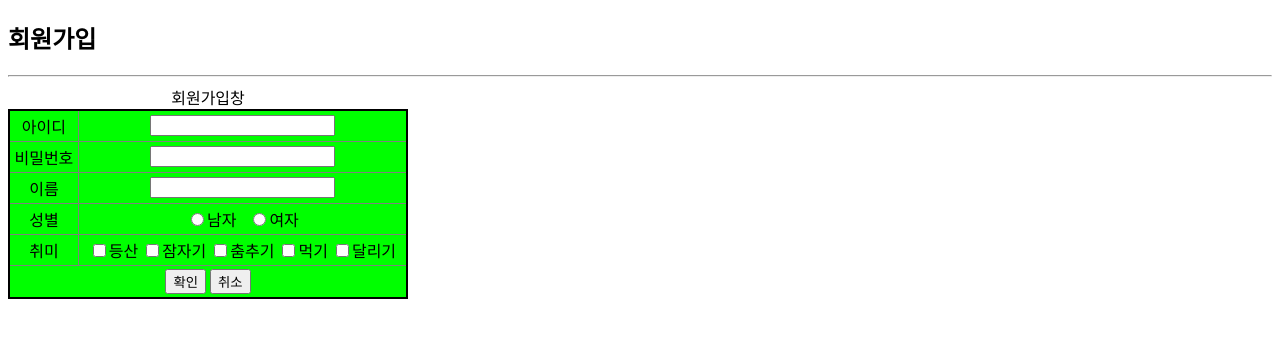
Repository: nijooymik/smartfactory
Page: http://localhost/t0720/customer.jsp
These files come from the project's save history. The page is drawn as it stood at one moment and after the next save; the edit follows.
The browser window is 1280 px wide. The pictures show the whole page.
The page is served by Tomcat 9.

Above is the page before, as saved 2022-07-20 05:14:50.

### jsp/t0720/src/main/webapp/customer.jsp
<%@ page language="java" contentType="text/html; charset=EUC-KR"
	pageEncoding="EUC-KR"%>
<!DOCTYPE html>
<html>
<head>
<meta charset="EUC-KR">
<style>
	table {width:400px;border:2px solid black;border-collapse:collapse;}
	td {background-color:lime;text-align:center;border:1px solid gray;padding:3px;}
</style>
<title>Insert title here</title>
</head>
<body>
	<h2>회원가입</h2>
	<hr>
	<form action="" method="post">
		<table border=1>
			<caption>회원가입창</caption>
			<tr>
				<td>아이디</td>
				<td><input type="text" name="id"></td>
			</tr>
			<tr>
				<td>비밀번호</td>
				<td><input type="text" name="pw"></td>
			</tr>
			<tr>
				<td>이름</td>
				<td><input type="text" name="name"></td>
			</tr>
			<tr>
				<td>성별</td>
				<td><input type="radio" name="gender" value="M">남자
					&nbsp;&nbsp;<input type="radio" name="gender" value="F">여자</td>
			</tr>
			<tr>
				<td>취미</td>
				<td><input type="checkbox" name="hobby" value="등산">등산 <input
					type="checkbox" name="hobby" value="잠자기">잠자기 <input
					type="checkbox" name="hobby" value="춤추기">춤추기 <input
					type="checkbox" name="hobby" value="먹기">먹기 <input
					type="checkbox" name="hobby" value="달리기">달리기</td>
			</tr>
			<tr>
				<td colspan=2><input type="submit" value="확인"> <input
					type="reset" value="취소"></td>
			</tr>
		</table>
	</form>
</body>
</html>

After the next save:
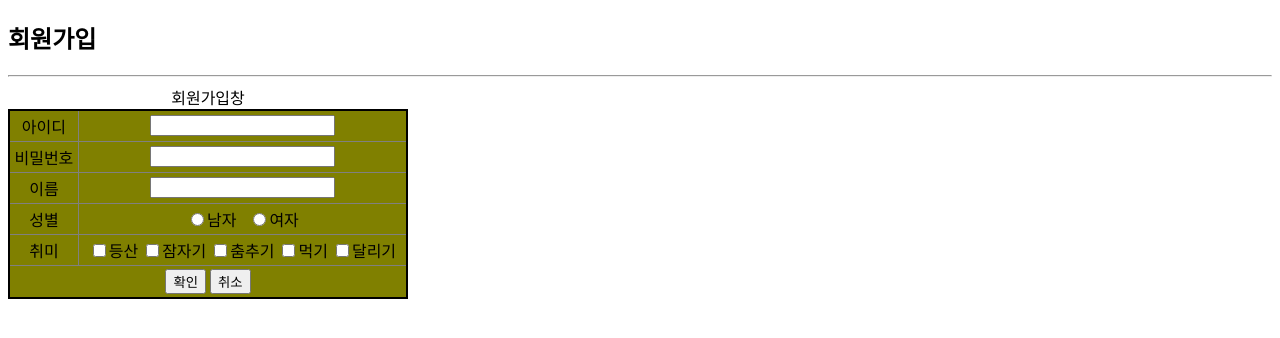
Saved 10 s later.
--- a/jsp/t0720/src/main/webapp/customer.jsp
+++ b/jsp/t0720/src/main/webapp/customer.jsp
@@ -6,7 +6,7 @@
 <meta charset="EUC-KR">
 <style>
 	table {width:400px;border:2px solid black;border-collapse:collapse;}
-	td {background-color:lime;text-align:center;border:1px solid gray;padding:3px;}
+	td {background-color:olive;text-align:center;border:1px solid gray;padding:3px;}
 </style>
 <title>Insert title here</title>
 </head>
